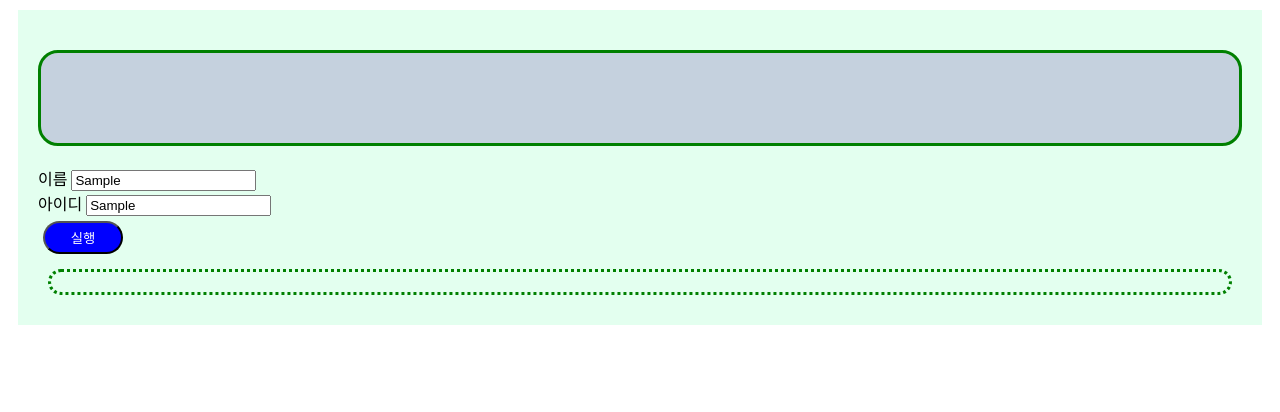
Repository: ypyp0205/jquery
Page: jqpro/WebContent/0211/val_test.html
These files come from the project's save history. The page is drawn as it stood at one moment and after the next save; the edit follows.
The browser window is 1280 px wide. The pictures show the whole page.
Empty fields were first filled with sample values (such as "Sample", 5 or name@example.com).
After loading, the first visible `button` was clicked once.

Above is the page before, as saved 2020-02-11 07:57:38.

### jqpro/WebContent/0211/val_test.html
<!DOCTYPE html>
<html>
<head>
<meta charset="UTF-8">
<title>Insert title here</title>
<link rel="stylesheet" href="../CSS/mystyle.css">
<script src="../js/jquery-3.4.1.min.js" type="text/javascript"></script>

<script type="text/javascript">
	$(function() {

		$('button').on('click', function(){
			//document.getElementById('name').value;

			$('#name').val();


		})

	})
</script>
</head>
<body>

	<div class="box">

		<h2></h2>

		<pre>

		</pre>

		이름 <input type="text" id="name"><br>
		아이디 <input type="text" id="id"><br>

		<button type="button">실행</button>

		<div id="result1"></div>

	</div>
</body>
</html>

### jqpro/WebContent/CSS/mystyle.css
@CHARSET "UTF-8";

pre {
	height: auto;
	background: #efffef;
	border: 3px solid green;
	font-size: 20px;
	padding: 10px;
	border-radius: 20px;
}

.box {
	background: #e3ffef;
	margin: 10px;
	height: auto;
	padding: 20px;
}

.box div {
	border: 3px dotted green;
	height: auto;
	margin: 10px;
	padding: 10px;
	border-radius: 20px;
}

.box button {
	color: white;
	background: blue;
	padding: 5px;
	margin: 5px;
	width: 80px;
	border-radius: 40px;
}

.box pre {
	padding: 15px;
	color: blue;
	background: rgb(197, 209, 222);
	line-height: 1.5em;
	font-weight: bold;
	}

Loaded but not shown: jqpro/WebContent/js/jquery-3.4.1.min.js (library)

After the next save:
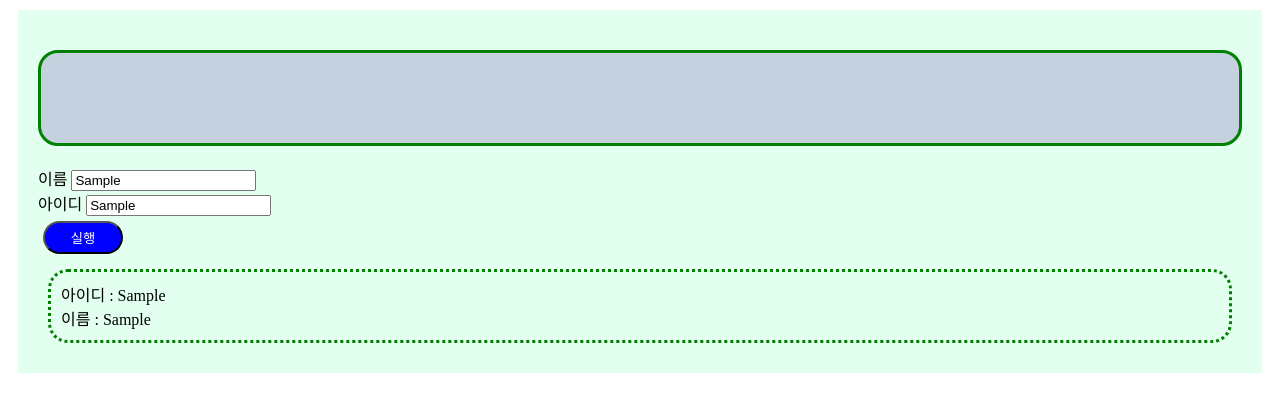
Saved 2 min 38 s later.
--- a/jqpro/WebContent/0211/val_test.html
+++ b/jqpro/WebContent/0211/val_test.html
@@ -11,8 +11,15 @@
 
 		$('button').on('click', function(){
 			//document.getElementById('name').value;
+			//document.getElementById('id').value;
 
-			$('#name').val();
+			nvalue = $('#name').val();
+			idvalue = $('#id').val();
+
+			res = "아이디 : " + idvalue + "<br>";
+			res += "이름 : " + nvalue + "<br>";
+			//document.getElementById('result1').innerHTML = res;
+			$('#result1').html(res);
 
 
 		})
